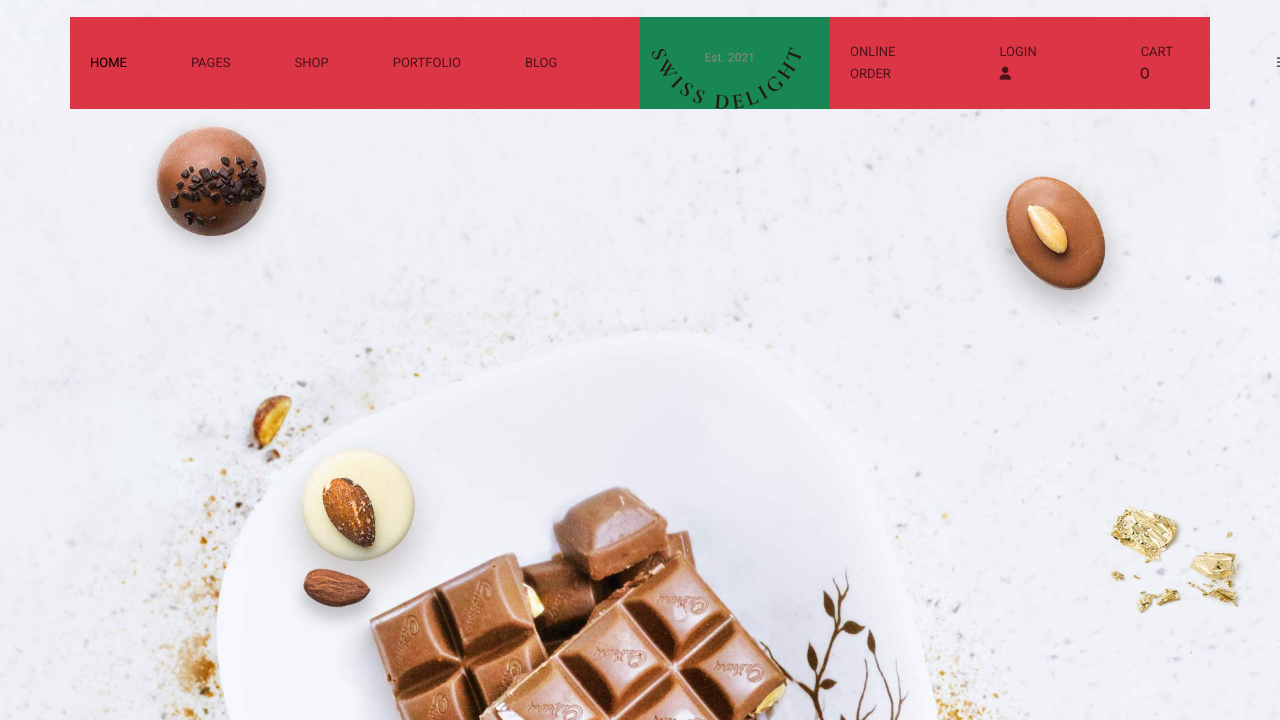
Repository: HadelAbdellatif/Project1
Page: index.html
An editor plug-in stored every save of this project. The page is shown before and after the next save, followed by the edit.
The browser window is 1280 px wide. The pictures show the whole page.

Above is the page before, as saved 2023-10-13 22:25:48.
Console error: TypeError: Cannot read properties of null (reading 'addEventListener')

### index.html
<!doctype html>
<html lang="en">

<head>
  <meta charset="utf-8">
  <meta name="viewport" content="width=device-width, initial-scale=1">
  <title>Bootstrap demo</title>

  <!-- Bootsrap 5.3 -->
  <link href="assets/css/bootstrap.min.css" rel="stylesheet">


  <!-- fontawesome 6.4 -->
  <link href="assets/css/all.min.css" rel="stylesheet">

  <!-- Custom css -->
  <link href="assets/css/style.css" rel="stylesheet">

  <!-- Media -->
  <link href="assets/css/media.css" rel="stylesheet">


</head>

<body>

  <!-- Start Navbar -->

  <nav class="navbar navbar-expand-lg bg-transparent fixed-top">
    <div class="container bg-danger ">
      <div class="collapse navbar-collapse" id="navbarSupportedContent">

        <div class="row d-flex">
          <div class="col-md-6 d-flex">
            <ul class="navbar-nav mb-2 mb-lg-0 gap-5 justify-content-center align-items-center">
              <li class="nav-item">
                <a class="nav-link active" aria-current="page" href="#home">HOME</a>
              </li>
              <li class="nav-item">
                <a class="nav-link" href="#pages">PAGES</a>
              </li>
              <li class="nav-item">
                <a class="nav-link" href="#shop">SHOP</a>
              </li>
              <li class="nav-item">
                <a class="nav-link" href="#portfolio">PORTFOLIO</a>
              </li>
              <li class="nav-item">
                <a class="nav-link" href="#blog">BLOG</a>
              </li>
            </ul>
          </div>

          <div class="col-md-2 bg-success pt-0">
            <a class="nav-item">
              <img src="assets/img/logo-swiss-1.png" width="150px" height="92px" class="ps-0 img-fluid" alt="Logo" />
            </a>
          </div>

          <div class="col-md-4 d-flex">
            <ul class="navbar-nav ms-auto mb-2 mb-lg-0 gap-5 justify-content-center align-items-center">
              <li class="nav-item">
                <a class="nav-link pe-5" href="#onlineOrder">ONLINE ORDER</a>
              </li>
              <li class="nav-item">
                <a class="nav-link pe-5" href="#login">
                  <span>LOGIN</span>
                  <i class="fa-solid fa-user"></i>
                </a>
              </li>
              <li class="nav-item">
                <a class="nav-link pe-5" href="#cart">
                  <span>CART</span>
                  <i class="fa-solid fa-0"></i>
                </a>
              </li>
              <li class="nav-item">
                <a class="nav-link pe-5" href="#more"><i class="fa-solid fa-bars"></i></a>
              </li>
            </ul>
          </div>

        </div>

      </div>
    </div>
  </nav>

  <!-- End of Navbar -->

  <!-- Start header section -->

  <header class="vh-100">

  </header>

  <!-- End header section -->




  <!-- Bootstrap 5.3 -->
  <script src="assets/js/bootstrap.bundle.min.js"></script>

  <!-- Java Script -->
  <script src="assets/JavaScript/JavaScript.js"></script>
</body>

</html>

### assets/css/style.css
/* font-family: 'Heebo', sans-serif; */
@import url('https://fonts.googleapis.com/css2?family=Heebo&display=swap');

/* font-family: 'Cormorant', serif; */
@import url('https://fonts.googleapis.com/css2?family=Cormorant:ital,wght@0,300;1,300&family=Heebo&display=swap');

/* main color */
:root{
    --main-color: #241c10;
}

.bg-main-color{
    background-color: #988779;
}

.text-main-color{
    color: var(--main-color);
}

.border-main-color{
    border-color: var(--main-color)  !important;
}

/* Start Navbar */

.navbar{
    font-family: 'Heebo', sans-serif;
    font-weight: 400;
    font-size: 13px;
    line-height: 22px;
    color: var(--main-color);
    height: 125px;
}


/* End Navbar */

/* Start header */

header{
    background-image: url('../img/h1-rev-img1-2.jpg');
    background-size: cover;
    background-repeat: no-repeat;
    background-position: center;
}

/* End header */

### assets/css/media.css
@media (max-width:991px){

    .nav-item{
        width: fit-content;
    }

}

@media (max-width:768px){

    .about .count{
        border: none !important;
    }

    .cv .download{
        text-align: center !important;
        margin-bottom: 2rem !important;
    }

    .cv .brands{
        justify-content: center !important;
    }
}


@media (max-width:568px){

    header{
        background-position-x:-235px;
    }

    .header-content{
        align-items: start !important;
    }

    h1{
        font-size: 45px;
    }

    .contact p, .contact form{
        width: 100% !important;
    }

}

### assets/JavaScript/JavaScript.js
// *************  Start Loading ************* //

const loading = document.querySelector('.loading');

window.addEventListener('load', function(){
     this.setTimeout(function(){
        loading.classList.add('opacity-0', 'invisible');
        document.body.style.overflow = 'auto';
     }, 2000)
})

// *************  End of Loading ************* //

// *************  Start scroll-to-top ************* //

const ScrollToTop = document.querySelector('.scroll-to-top');
const aboutSection = document.querySelector('.about');

ScrollToTop.addEventListener('click', function(){
    window.scroll({
        top:0,
        behavior:"smooth"
    })
})

// *************  End scroll-to-top ************* //

// *************  Start Navbar ************* //

const navbar = document.querySelector('.navbar');
const headerContenth = document.querySelector('.header-content h3');

navbar.style.transition = '0.4s background-color';

window.addEventListener('scroll', function(){
    if(window.scrollY > headerContenth.offsetTop){
         navbar.style.backgroundColor = "#fff";
    }
    else{
        navbar.style.backgroundColor = "transparent";
    }
    if(window.scrollY > aboutSection.offsetTop){
        ScrollToTop.classList.remove('opacity-0', 'invisible');
    }
    else{
        ScrollToTop.classList.add('opacity-0', 'invisible');
    }
})

// *************  End of Navbar ************* //

// *************  Start Links ************* //

const NavLinks = document.querySelectorAll('.nav-link');

for(let i=0 ; i<NavLinks.length ; i++){
    NavLinks[i].addEventListener('click', function(e){
        e.preventDefault();

        document.querySelector('.nav-link.active').classList.remove('active');

       // for(let j=0 ; j<NavLinks.length ; j++){
        //    NavLinks[j].classList.remove('active');
       // }

        NavLinks[i].classList.add('active');
        let currentID = this.getAttribute('href');
        let targerSection = document.querySelector(currentID);
        window.scroll({
            top:targerSection.offsetTop,
            behavior:"smooth"
        })
    })
}

// *************  End of Links ************* //

Loaded but not shown: assets/css/bootstrap.min.css (library); assets/css/all.min.css (library); assets/js/bootstrap.bundle.min.js (library)

After the next save:
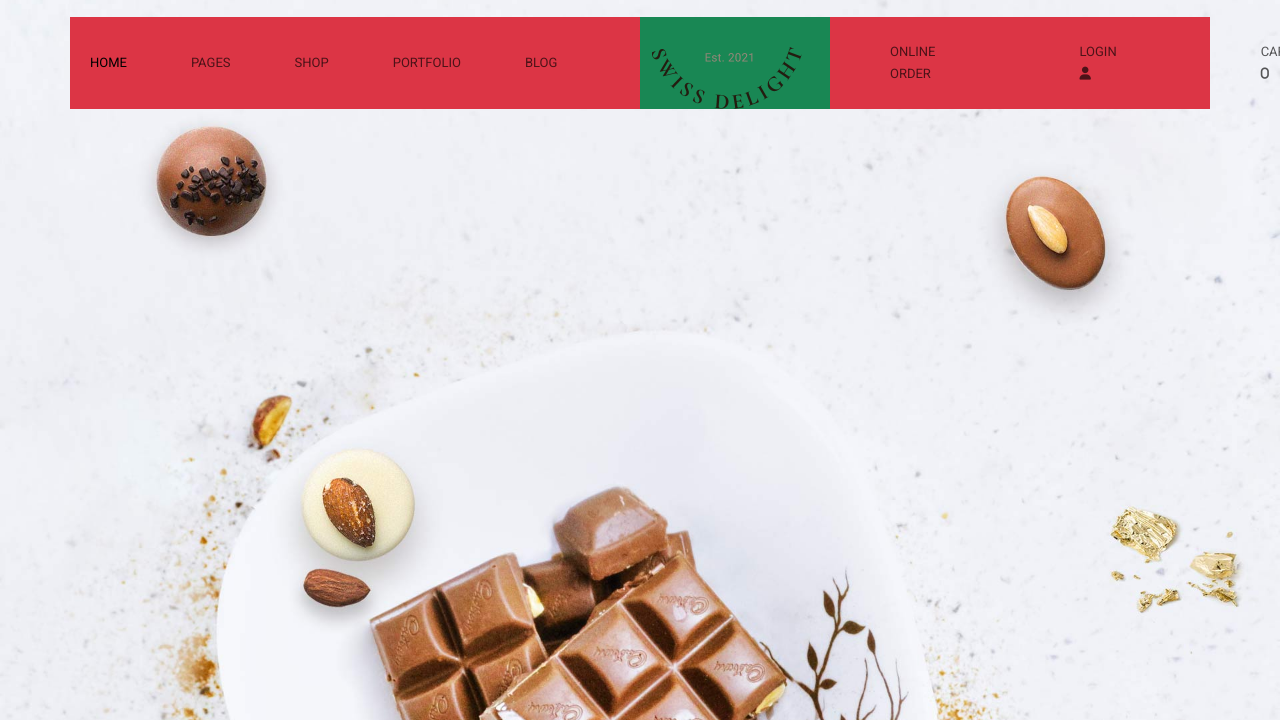
Saved 20 s later.
--- a/index.html
+++ b/index.html
@@ -60,22 +60,22 @@
           <div class="col-md-4 d-flex">
             <ul class="navbar-nav ms-auto mb-2 mb-lg-0 gap-5 justify-content-center align-items-center">
               <li class="nav-item">
-                <a class="nav-link pe-5" href="#onlineOrder">ONLINE ORDER</a>
+                <a class="nav-link px-5" href="#onlineOrder">ONLINE ORDER</a>
               </li>
               <li class="nav-item">
-                <a class="nav-link pe-5" href="#login">
+                <a class="nav-link px-5" href="#login">
                   <span>LOGIN</span>
                   <i class="fa-solid fa-user"></i>
                 </a>
               </li>
               <li class="nav-item">
-                <a class="nav-link pe-5" href="#cart">
+                <a class="nav-link px-5" href="#cart">
                   <span>CART</span>
                   <i class="fa-solid fa-0"></i>
                 </a>
               </li>
               <li class="nav-item">
-                <a class="nav-link pe-5" href="#more"><i class="fa-solid fa-bars"></i></a>
+                <a class="nav-link px-5" href="#more"><i class="fa-solid fa-bars"></i></a>
               </li>
             </ul>
           </div>
